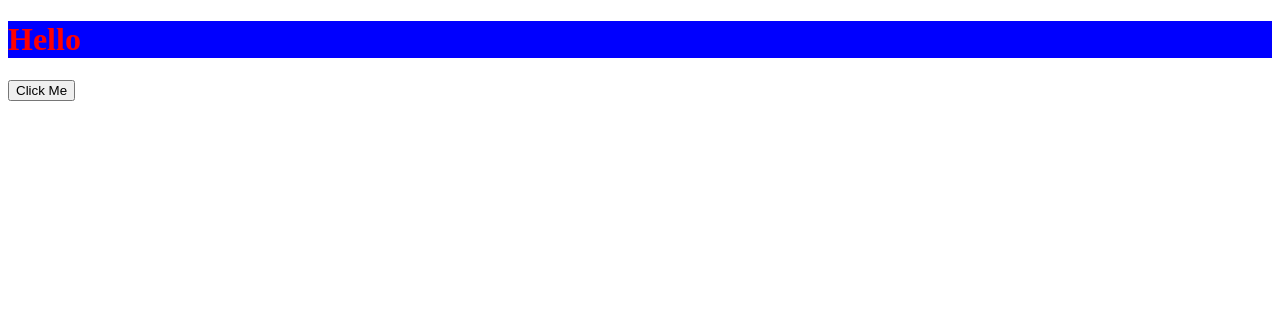
Repository: jnguyen113/DOM-Manipulation
Page: index.html
An editor plug-in stored every save of this project. The page is shown before and after a run of saves, followed by the edit.
The browser window is 1280 px wide. The pictures show the whole page.

Above is the page before, as saved 2020-06-12 10:51:34.

After the next 2 saves:
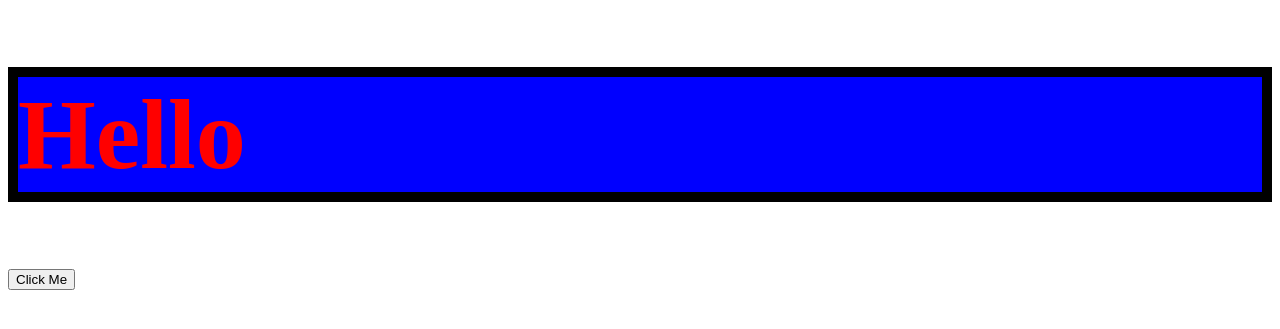
The 2 saves are shown as one change because they came seconds apart.
The last was saved 9 s later.
--- a/index.html
+++ b/index.html
@@ -1,6 +1,6 @@
 <!DOCTYPE html>
 <html>
-<link rel="stylesheet"
+<link rel="stylesheet" href="style.css">
 <body>
     <h1 class="title">Hello</h1>
     <button class = "changeColor">Click Me</button>
